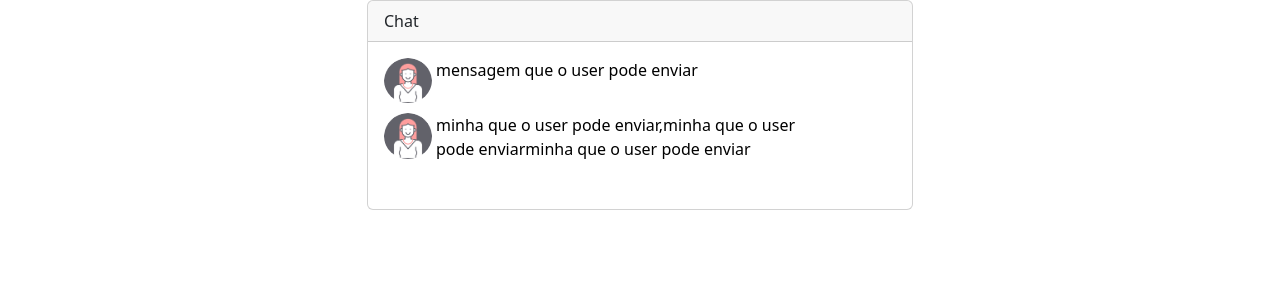
Repository: joaobatistafrontend/pref
Page: templates/chat_meninas copy.html
The author's editor kept a copy of each file at every save. The page is drawn from the files as they stood at one save, then again after a run of saves.
The browser window is 1280 px wide. The pictures show the whole page.
The page is served by the project's application, run on Django 4.2 (manage.py). The template is opened directly, without the code that normally fills it, so the values that code supplies are empty.

Above is the page before, as saved 2024-07-29 16:41:59.

After the next 3 saves:
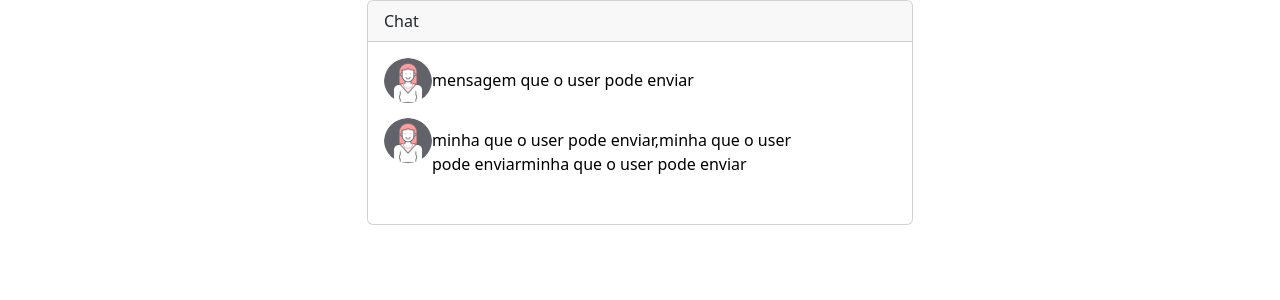
The 3 saves are shown as one change because they came seconds apart.
The last was saved 10 s later.
--- a/templates/chatMulher.css
+++ b/templates/chatMulher.css
@@ -22,8 +22,9 @@
 }
 p{
     width: 400px;
-    padding-left: 4px;
-    p
+    padding-top: 10px;
+    padding-left: 4 px;
+
     word-wrap: break-word;
 
 }
